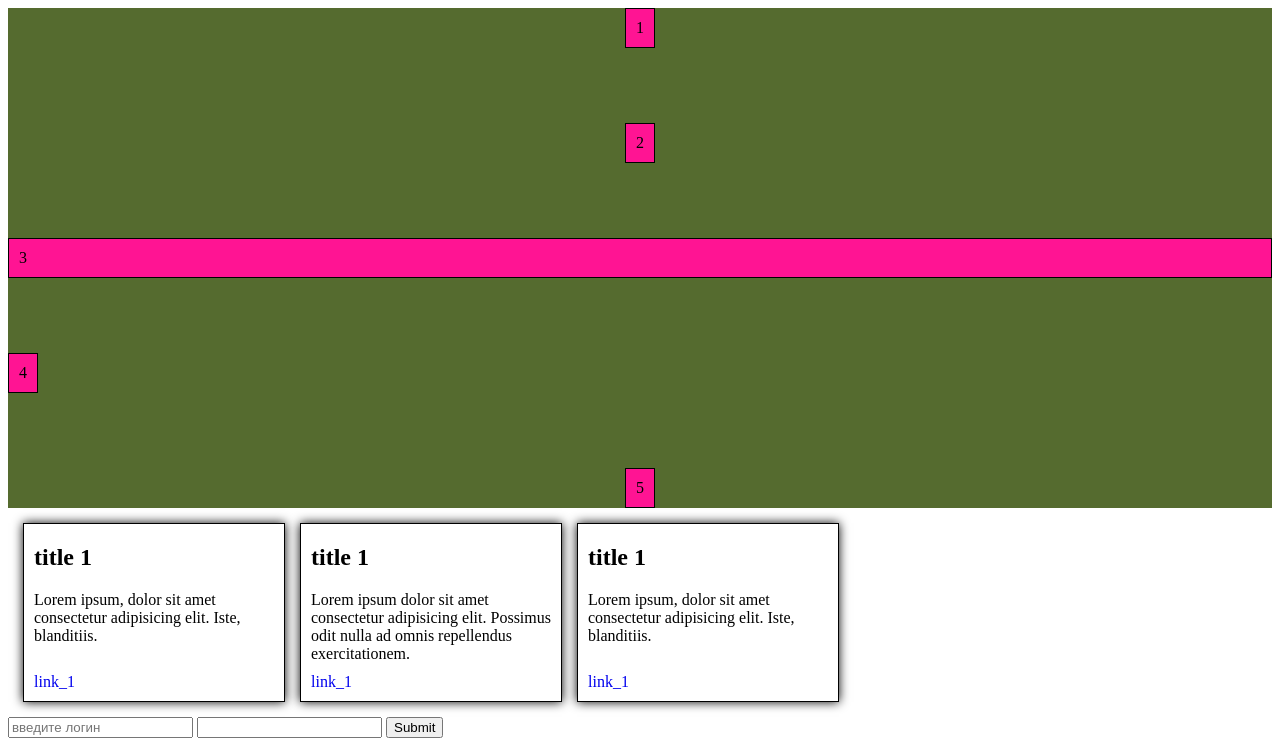
Repository: RustamNazarov98/demo
Page: index.html
The author's editor kept a copy of each file at every save. The page is drawn from the files as they stood at one save, then again after the next save.
The browser window is 1280 px wide. The pictures show the whole page.

Above is the page before, as saved 2022-04-07 23:10:57.

### index.html
<!DOCTYPE html>
<html lang="en">
<head>
    <meta charset="UTF-8">
    <meta http-equiv="X-UA-Compatible" content="IE=edge">
    <meta name="viewport" content="width=device-width, initial-scale=1.0">
    <link rel="stylesheet" href="./style.css">
    <title>Document</title>
</head>
<body>
    <!-- flexbox -->
    <div class="flexbox">
        <div>1</div>
        <div>2</div>
        <div>3</div>
        <div>4</div>
        <div>5</div>
    </div>


    <!-- cards -->
    <div class="cards">
        <div class="card">
            <h2>title 1</h2>
            <div>Lorem ipsum, dolor sit amet consectetur adipisicing elit. Iste, blanditiis.</div>
            <a href="#">link_1</a>
        </div>
        <div class="card">
            <h2>title 1</h2>
            <div>Lorem ipsum dolor sit amet consectetur adipisicing elit. Possimus odit nulla ad omnis repellendus exercitationem.</div>
            <a href="#">link_1</a>
        </div>
        <div class="card">
            <h2>title 1</h2>
            <div>Lorem ipsum, dolor sit amet consectetur adipisicing elit. Iste, blanditiis.</div>
            <a href="#">link_1</a>
        </div>
    </div>

    <form action="sent.html" method="post" >
        <input type="text" placeholder="введите логин">
        <input type="password">
        <input type="submit" placeholder="отправить">
    </form>
</body>
</html>

### style.css
/* flexbox */

.flexbox{
    display: flex;
    flex-direction: column;
    justify-content: space-between;
    align-items:center;
    background-color: darkolivegreen;
    height: 500px;
}
.flexbox > div {
    border: 1px solid black;
    padding: 10px;
    background-color: deeppink;
}
.flexbox > div:nth-child(3) {
    align-self: stretch;
}

.flexbox > div:nth-child(4) {
    align-self: flex-start;
}


/* cards */

.cards {
    display: flex;
    justify-content: flex-start;
    margin: 15px;
}
.card {
    display: flex;
    flex-direction: column;
    width: 250px;
    border: 1px solid black;
    box-shadow: 0 0 10px 0 black;
    padding: 0 0 10px 10px;
    margin-right: 15px;
}
.card > div {
    padding-bottom: 10px;
    flex-grow: 1;
}
.card > a {
    text-decoration: none;
}

After the next save:
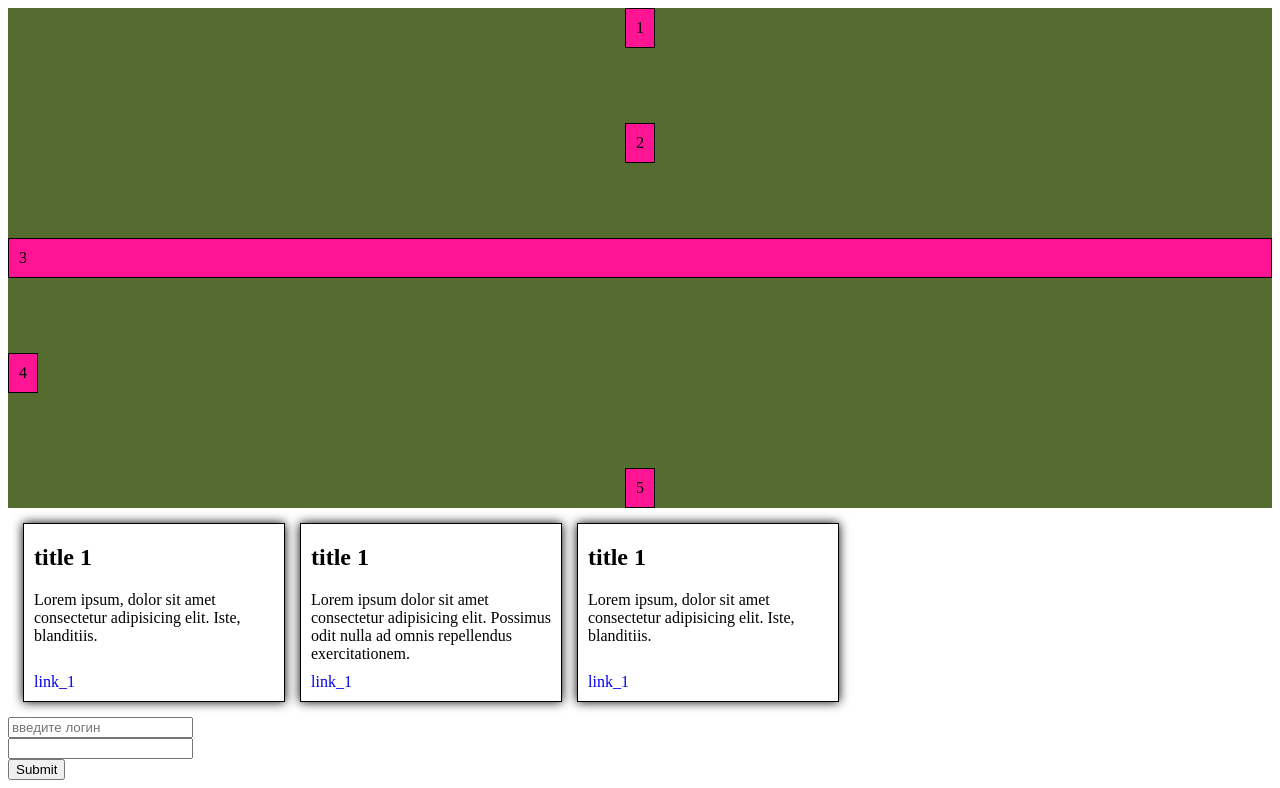
Saved 24 s later.
--- a/index.html
+++ b/index.html
@@ -38,8 +38,8 @@
     </div>
 
     <form action="sent.html" method="post" >
-        <input type="text" placeholder="введите логин">
-        <input type="password">
+        <input type="text" placeholder="введите логин"><br>
+        <input type="password"><br>
         <input type="submit" placeholder="отправить">
     </form>
 </body>

After the save that followed:
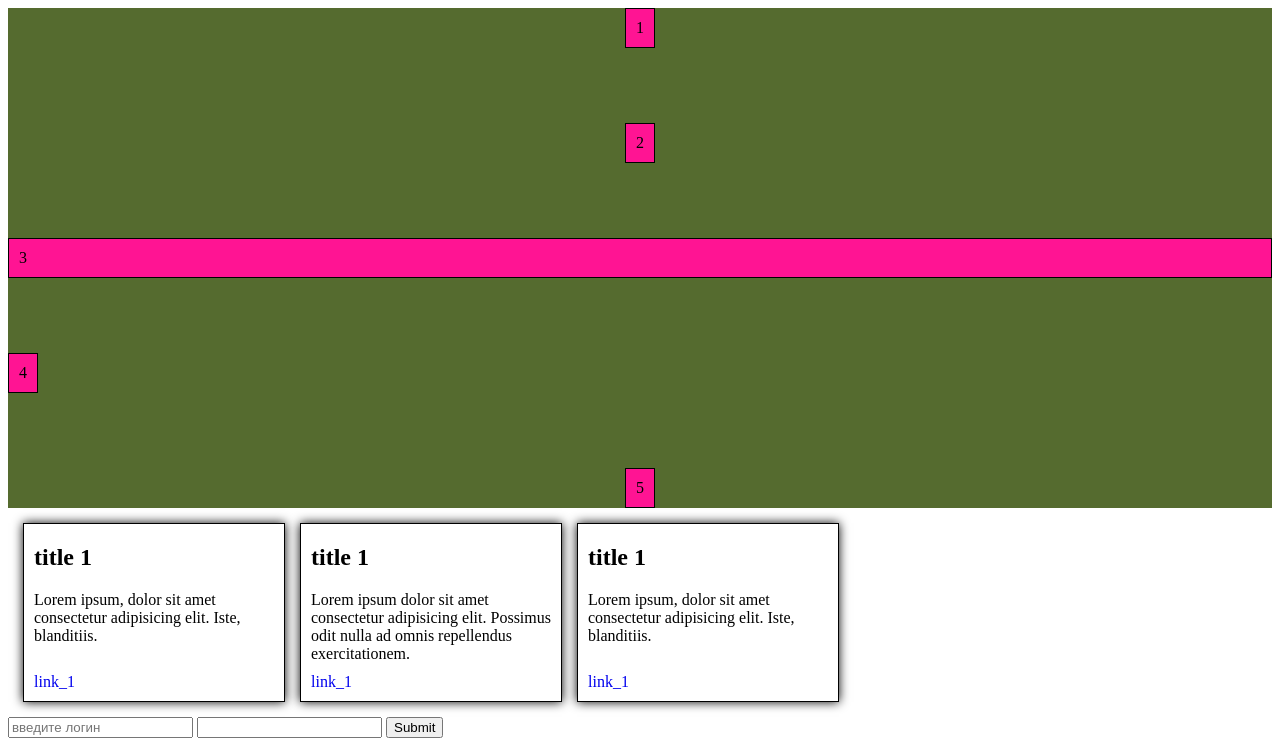
Saved 9 s later.
--- a/index.html
+++ b/index.html
@@ -38,8 +38,8 @@
     </div>
 
     <form action="sent.html" method="post" >
-        <input type="text" placeholder="введите логин"><br>
-        <input type="password"><br>
+        <input type="text" placeholder="введите логин">
+        <input type="password">
         <input type="submit" placeholder="отправить">
     </form>
 </body>
